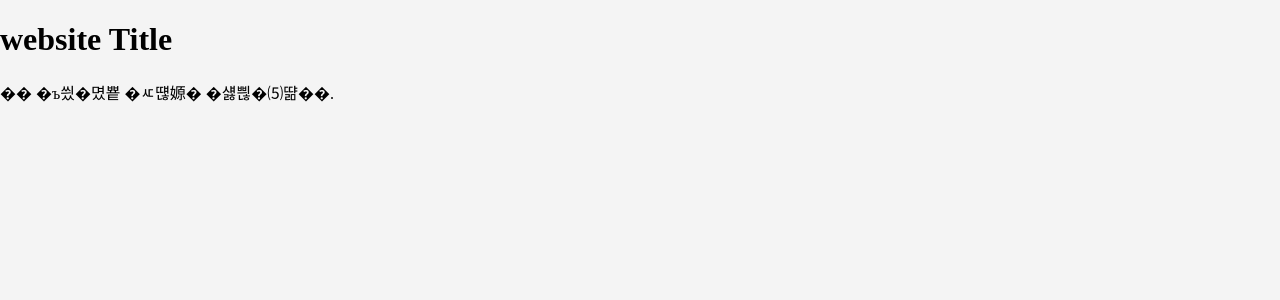
Repository: ks31030/SPRINGBOOT-WORKSPACE
Page: springboot-workplace/springTestProject-1/src/main/resources/static/Header.html
These files come from the project's save history. The page is drawn as it stood at one moment and after the next save; the edit follows.
The browser window is 1280 px wide. The pictures show the whole page.

Above is the page before, as saved 2023-11-21 05:28:40.

After the next save:
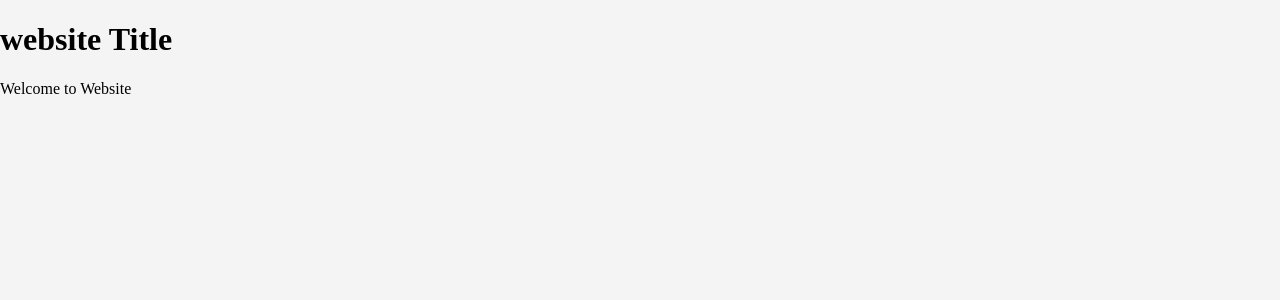
Saved 12 s later.
--- a/springboot-workplace/springTestProject-1/src/main/resources/static/Header.html
+++ b/springboot-workplace/springTestProject-1/src/main/resources/static/Header.html
@@ -13,6 +13,6 @@
 		}
 	</style>
 	<h1> website Title</h1>
-	<p>웹 사이트에 오신걸 환영합니다.</p>
+	<p>Welcome to Website</p>
 </body>
 </html>
